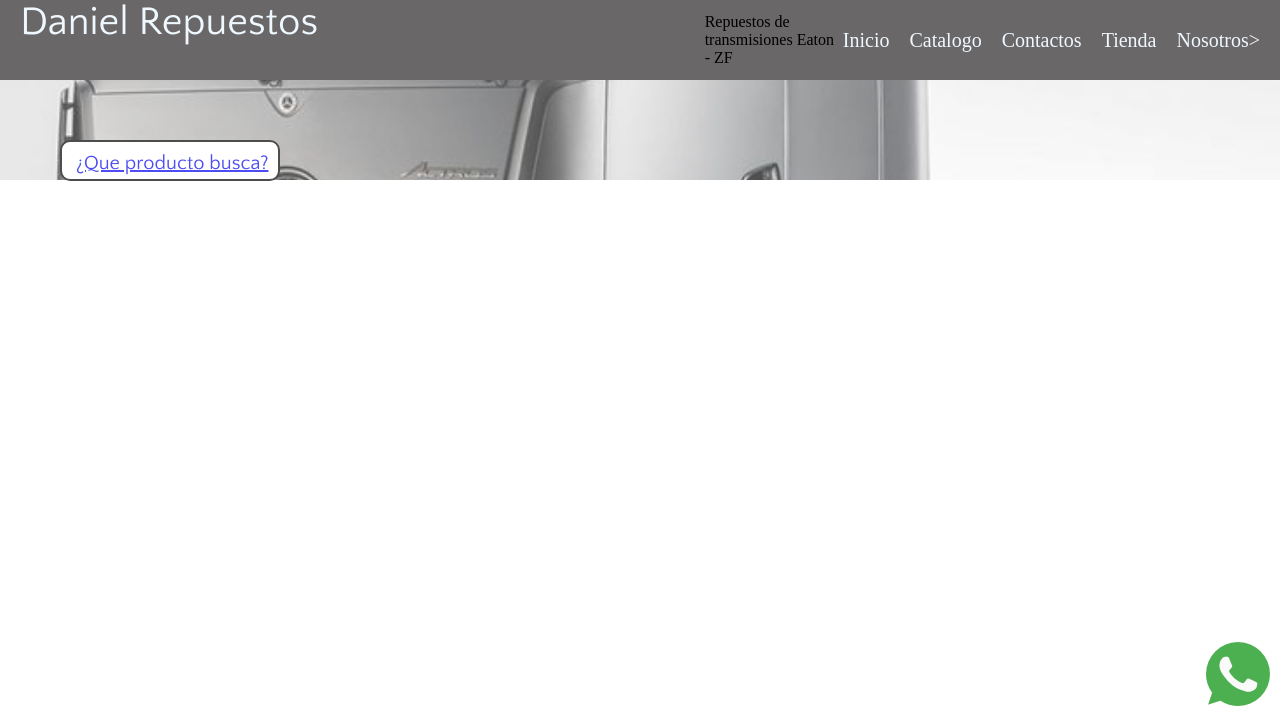
Repository: minesterani/proyecto-caja
Page: pages/nosotros.html
These files come from the project's save history. The page is drawn as it stood at one moment and after the next save; the edit follows.
The browser window is 1280 px wide. The pictures show the whole page.

Above is the page before, as saved 2024-10-02 08:38:11.

### pages/nosotros.html
<!DOCTYPE html>
<html lang="en">
<head>
    <meta charset="UTF-8">
    <meta name="viewport" content="width=device-width, initial-scale=1.0">
    <title>Document</title>
    <link rel="preconnect" href="https://fonts.googleapis.com">
<link rel="preconnect" href="https://fonts.gstatic.com" crossorigin>
<link href="https://fonts.googleapis.com/css2?family=Quattrocento+Sans:ital,wght@0,400;0,700;1,400;1,700&display=swap" rel="stylesheet">
    <link rel="stylesheet" href="../css/style.css">
</head>
<body>
   <header class="header-nosotros">
    <h1>Daniel Repuestos</h1>
    <p class="subtitulo">Repuestos de transmisiones Eaton - ZF</p>
    <nav>
        <ul class="navNos">
            <li><a href="../index.html">Inicio</a></li>
            <li><a href="./catalogo.html">Catalogo</a></li>
                <li><a href="./contactos.html">Contactos</a></li>
            <li><a href="./tienda.html">Tienda</a></li>
            <li><a href="#">Nosotros></a></li>
        </ul>
    </nav>

   </header>
   <main>
    <section class="section-nosotros">
        <div class="conteiner-nosotros">

        </div>
        <a href="#" class="boton">¿Que producto busca?</a>
    </section>

   </main>
   <footer>
    <a class="whatsapp-nosotros"href="https://wa.me/3416513963" target="_blank">
        <img src="../assets/img/whatsapp.png" alt="">
    </a>
   </footer>
</body>
</html>

### css/style.css
/* Estilo global */
* {
    margin: 0;
    padding: 0;
    box-sizing: border-box;
}

h1 {
    background-color: rgb(105, 103, 103);
    width: 100%;
    height: 80px;
    font-size: 40px;
    color: aliceblue;
    font-family: "Quattrocento Sans", sans-serif;
    font-weight: 400;
    font-style: normal;
}
header .header-tienda h1 {
    font-size: 36px;
    color: aliceblue;
    font-family: "Quattrocento Sans", sans-serif;
    font-weight: 400;
    margin: 0; /* Elimina márgenes para evitar espacios extra */
}

.header-tienda .subtitulo{
    font-size: 14px; /* Tamaño más pequeño */
    color: aliceblue;
    margin-top: 5px; /* Ajuste del margen para que esté cerca del h1 */
    padding: 0;
}


/* Header */
.header-index, .header-tienda, .header-catalogo, .header-contactos, .header-nosotros {
    display: flex;
    width: 100%;
    flex-direction: row;
    background-color: rgb(105, 103, 103);
    justify-content: space-between;
    align-items: center;
    padding: 0px 20px;
    position: sticky;
    top: 0;
}

/* Navegación */
.navBar, .navtienda, .nav-catalogo, .nav-Contactos, .navNos {
    display: flex;
    list-style-type: none;
    gap: 20px;
}

.navBar li a, .navtienda li a, .nav-catalogo li a, .nav-Contactos li a, .navNos li a {
    text-decoration: none;
    color: aliceblue;
    font-size: 20px;
}

/* Sección Principal */
.section-principal {
    background-color: lightblue;
    width: 100%;
    height: 25rem;
    background-image: url("../assets/img/mercedes gris.jpeg");
    background-position: center;
    background-size: cover;
    background-repeat: no-repeat;
}

/* Botón */
.boton {
    background-color: white;
    font-size: 1.25rem;
    padding: 10px 10px 5px 14px;
    border-width: 2px;
    border-style: solid;
    border-color: black;
    border-radius: 10px;
    position: fixed;
    margin: 10px;
}
.grid {
    display: grid;
    grid-template-columns: repeat(8, 1fr); /* 8 columnas iguales */
    gap: 10px; /* Espacio entre las imágenes */
    width: 100%;
    padding: 0;
    margin: 0;
}

.grid img {
    width: 100%;
    height: 200px; /* Ajusta la altura según sea necesario */
    object-fit: cover; /* Las imágenes se ajustarán sin deformarse */
}

/* Sección de Contactos */
.section-contactos, .section-tienda, .section-catalogos, .section-nosotros {
    background-color: lightblue;
    width: 100%;
    height: 25rem;
    background-image: url("../assets/img/mercedes gris.jpeg");
    background-position: center;
    background-size: cover;
    background-repeat: no-repeat;
    opacity: 0.3;
}

.section-nosotros {
    position: relative;
    padding: 50px;
    background-image: url("../assets/img/mercedes\ gris.jpeg");
    background-size: cover;
    background-position: center;
    background-repeat: no-repeat;
    opacity: 0.7;
    color: white;
    font-family: "Quattrocento Sans", sans-serif;
    height: auto;
}

.container-nosotros {
    display: flex;
    justify-content: space-between;
    align-items: flex-start;
    max-width: 1200px;
    margin: 0 auto;
    overflow: hidden;
}

.texto-nosotros {
    width: 55%;
    padding: 20px;
    background-color: rgba(0, 0, 0, 0.5);
    border-radius: 10px;
    color: white;
    overflow: hidden;
}

.texto-nosotros h2 {
    margin-bottom: 20px;
    font-size: 2.5rem;
}

.texto-nosotros p {
    margin-bottom: 15px;
    font-size: 1.2rem;
    line-height: 1.6;
}

.imagenes-nosotros {
    width: 40%;
    display: flex;
    flex-direction: column;
    gap: 10px;
    align-items: flex-start;
}

.imagenes-nosotros img {
    width: 100%;
    height: auto;
    max-width: 300px;
    border-radius: 10px;
    object-fit: cover;
    overflow: hidden;

}
.section-tienda {
    background-color: lightblue;
    width: 100%; /* Ajusta el ancho según sea necesario */
    height: 50rem; /* Aumenta la altura del contenedor */
    padding: 20px;
    background-image: url("../assets/img/mercedes gris.jpeg");
    background-position: center;
    background-size: cover;
    background-repeat: no-repeat;
    opacity: 0.9;
}

.contenedor-tienda {
    display: flex;
    flex-wrap: wrap;
    justify-content: center;
    gap: 20px; /* Espacio entre las fotos */
    padding: 20px;
}

/* Sección Contactos */
.section-contactos {
    background-color: lightblue;
    width: 100%;
    padding: 50px 20px;
    background-image: url("../assets/img/mercedes gris.jpeg");
    background-position: center;
    background-size: cover;
    background-repeat: no-repeat;
    opacity: 0.9; /* Aumenta la opacidad para mejor visibilidad */
    color: black;
    height: auto; /* Altura automática según contenido */
}

.container-contactos {
    display: flex;
    justify-content: space-between;
    align-items: flex-start;
    max-width: 1200px; /* Ancho máximo del contenedor */
    margin: 0 auto; /* Centra el contenedor horizontalmente */
    gap: 20px; /* Espacio entre el mapa y los datos */
}

.mapa {
    flex: 1;
}

.mapa iframe {
    width: 100%;
    height: 400px; /* Ajusta la altura según lo necesites */
    border: none;
}

.datos-empresa {
    flex: 1;
    padding-left: 20px; /* Espacio a la izquierda de los datos */
    font-size: 1.25rem;
}

.datos-empresa h3 {
    margin-bottom: 15px;
    font-size: 2rem;
    font-weight: 700;
}

.datos-empresa p {
    margin-bottom: 15px;
    font-size: 1.5rem;
    line-height: 1.6;
}

/* Footer */
.footer-content {
    background-color: #f4f4f4;
    padding: 20px;
    margin-top: 0;
    clear: both;
}

.columns {
    display: flex;
    justify-content: space-between;
    align-items: flex-start;
    margin-bottom: 0;
    padding: 20px 0;
}

.left-column, .right-column {
    width: 48%;
}

.left-column iframe {
    width: 100%;
    height: 300px;
    border: 0;
}

.right-column {
    padding-left: 20px;
    text-align: center;
    padding-top: 20px;
}

.right-column h3, .right-column p {
    margin: 10px 0;
}

.footer-bottom {
    text-align: center;
    padding: 10px 0;
    border-top: 1px solid #ccc;
}

.footer-bottom p {
    margin: 5px 0;
}

/* Estilos específicos para WhatsApp */
.whatsapp, .whatsapp-contactos, .whatsapp-tienda, .whatsapp-nosotros, .whatsapp-catalogo {
    position: fixed;
    bottom: 10px;
    right: 10px;
}

/* Media Queries */
@media(max-width: 1024px) {
    .header-index, .header-tienda {
        justify-content: space-around;
    }
}

@media(max-width: 768px) {
    h1 {
        background-color: rgba(197, 193, 193, 0.555);
        height: 80px;
        font-size: 40px;
        padding: 10px;
    }

    .header-index, .header-tienda, .header-catalogo, .header-contactos, .header-nosotros {
        flex-direction: column;
        background-color: gray;
        font-size: 30px;
        padding: 10px;
        align-items: center;
        justify-content: center;
        gap: 30px;
    }

    .navBar, .navtienda, .nav-catalogo, .nav-Contactos, .navNos {
        padding-bottom: .875rem;
    }

    .navBar li a, .navtienda li a, .nav-catalogo li a, .nav-Contactos li a, .navNos li a {
        font-size: 1.5rem;
    }

    .section-principal, .section-tienda, .section-catalogos, .section-contactos, .section-nosotros {
        background-image: url("../assets/img/caja 2.jpg");
        background-size: 100% 100%;
    }

    .container-nosotros {
        flex-direction: column;
        align-items: center;
    }

    .imagenes-nosotros {
        width: 100%;
        display: flex;
        justify-content: center;
        flex-direction: column;
        gap: 15px;
    }

    .imagenes-nosotros img {
        max-height: 300px;
    }

    .texto-nosotros {
        width: 100%;
        text-align: center;
    }
    .mapa, .datos-empresa {
        width: 100%;
        padding: 0;
    }

    .datos-empresa {
        padding-left: 0;
        margin-top: 20px;
        text-align: center;
        font-size: 1.2rem; /* Mantiene el tamaño de fuente aumentado */
    }

}

@media(max-width: 425px) {
    .navBar, .navtienda, .nav-catalogo, .nav-Contactos, .navNos {
        flex-direction: column;
    }

    .grid {
        grid-template-columns: 1fr;
        grid-auto-rows: 200px;
        grid-template-areas:
            "img1"
            "img2"
            "img3"
            "img4"
            "img5"
            "img6"
            "img7"
            "img8";
    }

    .grid img {
        width: 100%;
        height: auto;
        object-fit: cover;
    }

    .columns {
        flex-direction: column;
        align-items: center;
    }

    .left-column, .right-column {
        width: 100%;
        padding: 0;
    }

    .right-column {
        padding-top: 20px;
    }
}

After the next save:
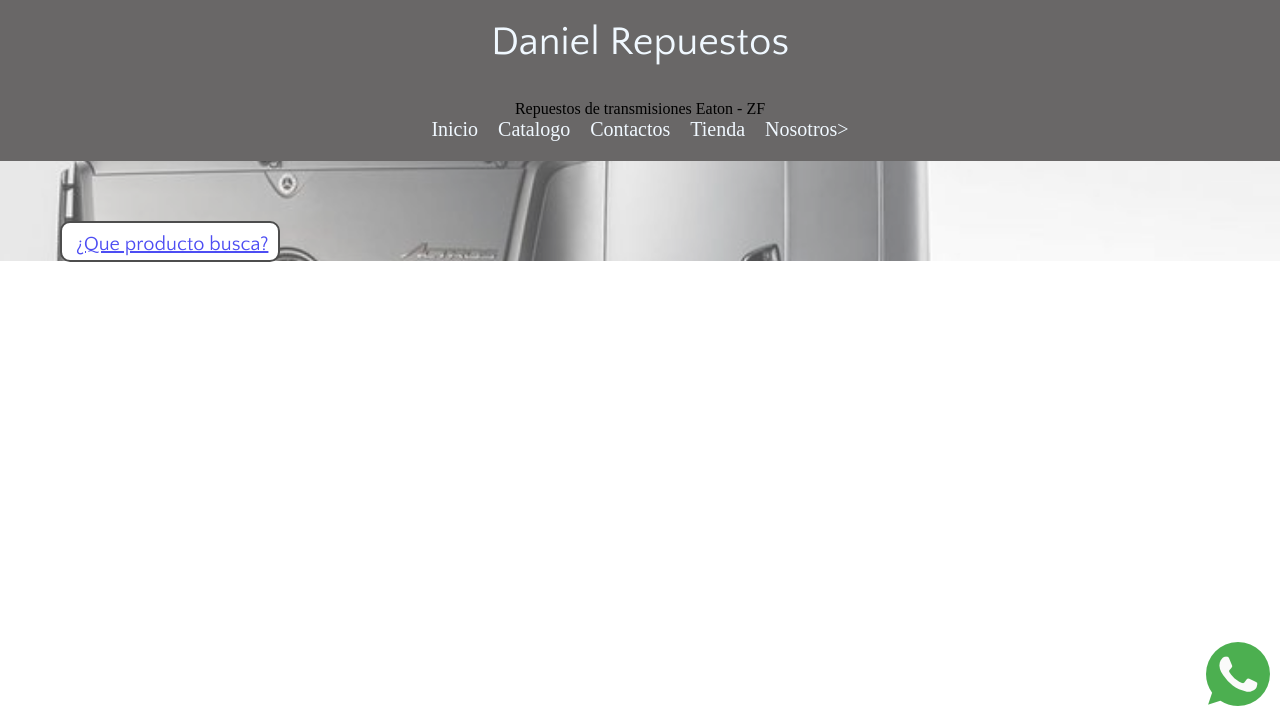
Saved 11 min 46 s later.
--- a/css/style.css
+++ b/css/style.css
@@ -35,13 +35,14 @@
 .header-index, .header-tienda, .header-catalogo, .header-contactos, .header-nosotros {
     display: flex;
     width: 100%;
-    flex-direction: row;
+    flex-direction: column;
     background-color: rgb(105, 103, 103);
-    justify-content: space-between;
+    justify-content: center;
     align-items: center;
-    padding: 0px 20px;
+    padding: 20px;
     position: sticky;
     top: 0;
+    text-align: center;
 }
 
 /* Navegación */
